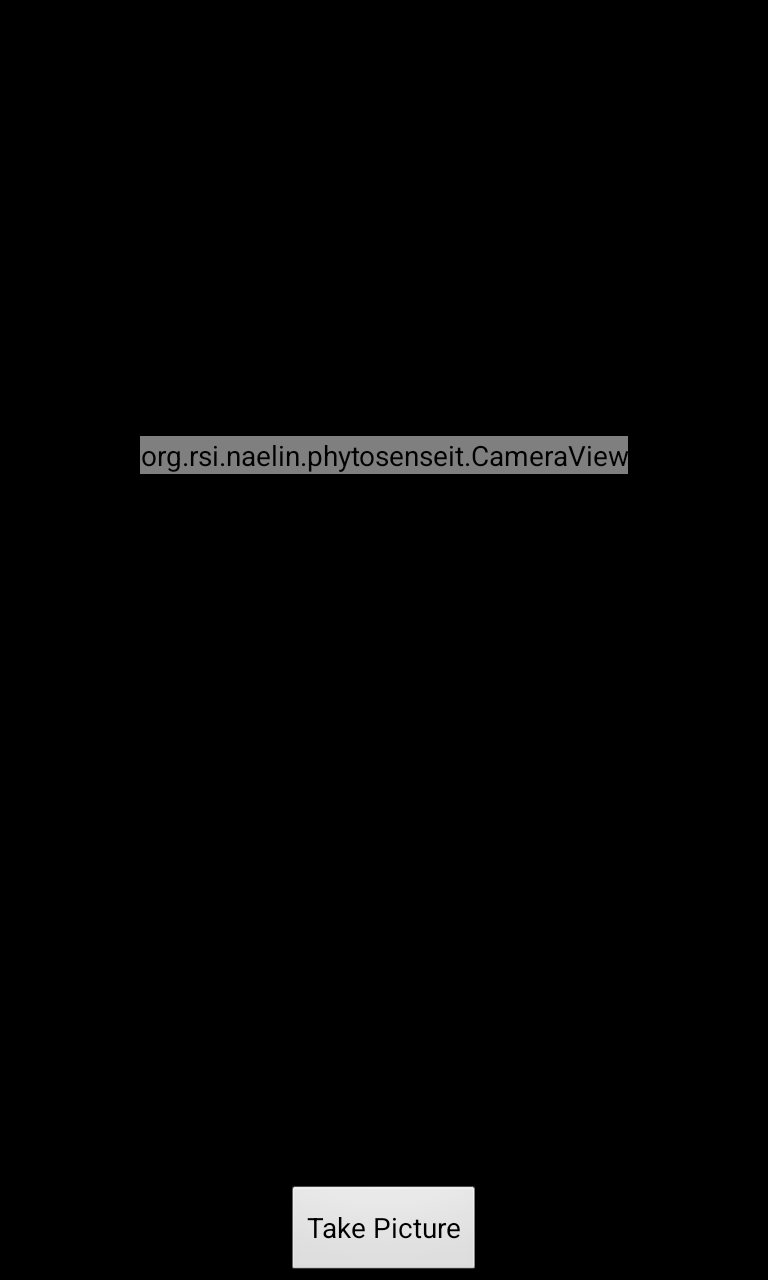
Repository: justnaelin/PhytoSenseIt-app
Layout: PhytoSenseIt/res/layout/activity_main.xml
These files come from the project's save history. The layout is drawn as it stood at one moment and after the next save; the edit follows.
Pictures or frames that could not be fetched are drawn as grey boxes. It is drawn on a 768 x 1280 px phone screen (xhdpi) without system bars, with theme android:Theme.NoTitleBar.Fullscreen; the app's code is not run.

Above is the layout before, as saved 2015-07-29 18:02:19.

After the next save:
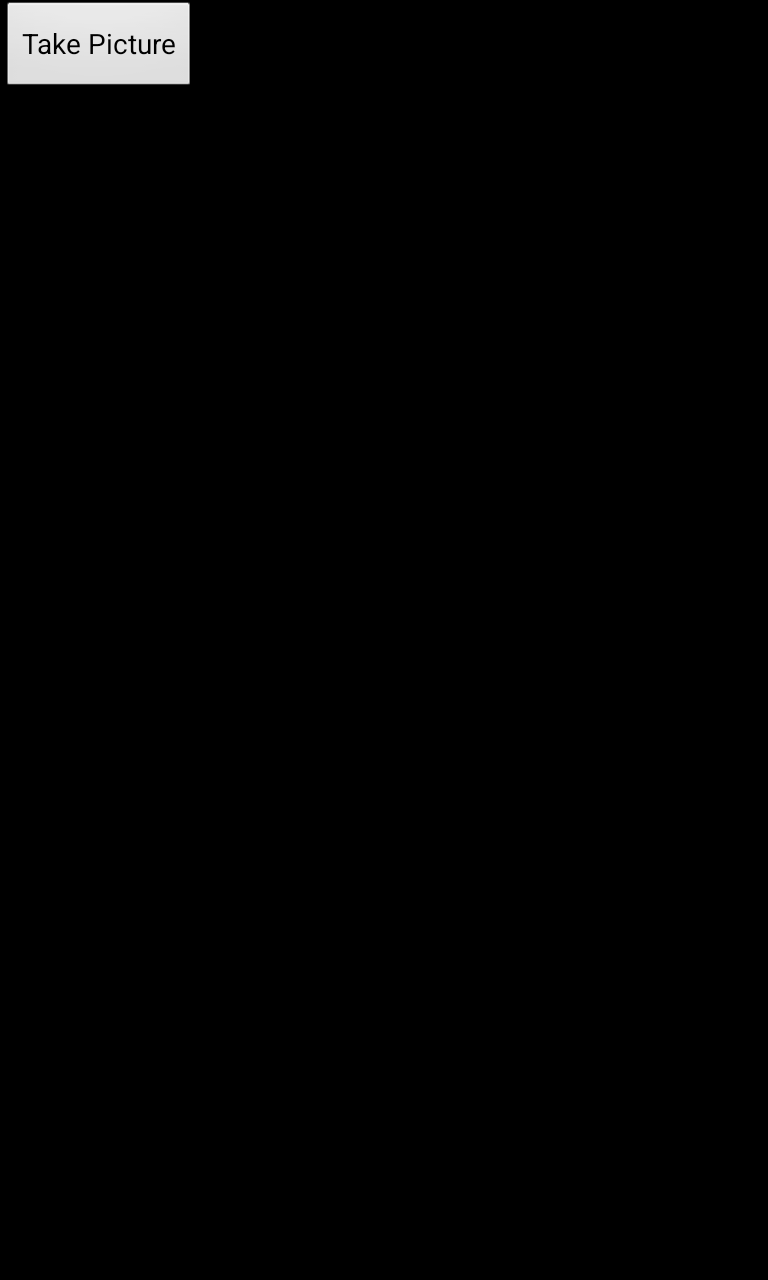
Saved 56 s later.
--- a/PhytoSenseIt/res/layout/activity_main.xml
+++ b/PhytoSenseIt/res/layout/activity_main.xml
@@ -4,29 +4,22 @@
     android:layout_width="match_parent"
     android:layout_height="match_parent"
     android:orientation="vertical" >
-
-
 	<!--
     <org.rsi.naelin.phytosenseit.CameraView
         android:id="@+id/java_surface_view"
         android:layout_width="match_parent"
+        android:layout_height="match_parent" /> -->
+
+    <ImageView
+        android:id="@+id/image_view"
+        android:layout_width="match_parent"
         android:layout_height="match_parent" />
--->
 
     <Button
         android:id="@+id/take_photo_button"
         android:layout_width="wrap_content"
         android:layout_height="wrap_content"
-        android:layout_alignParentBottom="true"
-        android:layout_centerHorizontal="true"
+        android:layout_gravity="center_horizontal"
         android:text="Take Picture" />
 
-    <org.rsi.naelin.phytosenseit.CameraView
-        android:id="@+id/cameraView1"
-        android:layout_width="wrap_content"
-        android:layout_height="wrap_content"
-        android:layout_alignParentTop="true"
-        android:layout_centerHorizontal="true"
-        android:layout_marginTop="218dp" />
-
 </RelativeLayout>
